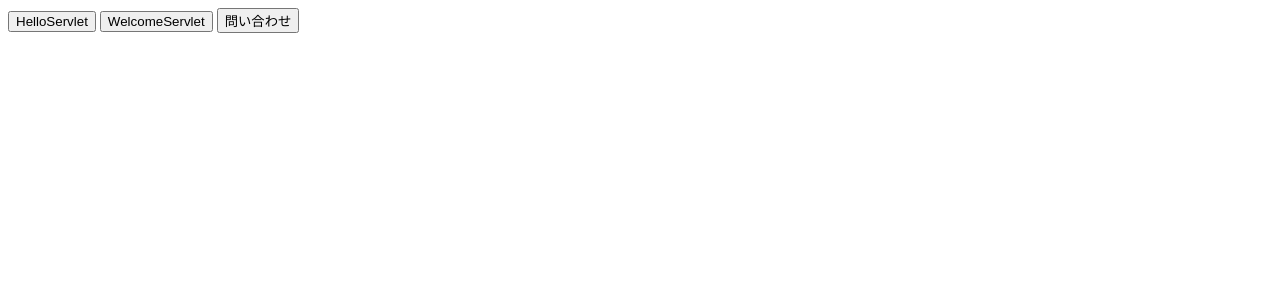
Repository: k-o7777/test
Page: http://localhost/HelloServlet/
The author's editor kept a copy of each file at every save. The page is drawn from the files as they stood at one save, then again after the next save.
The browser window is 1280 px wide. The pictures show the whole page.
The page is served by Tomcat 9.

Above is the page before, as saved 2019-08-26 02:27:29.

After the next save:
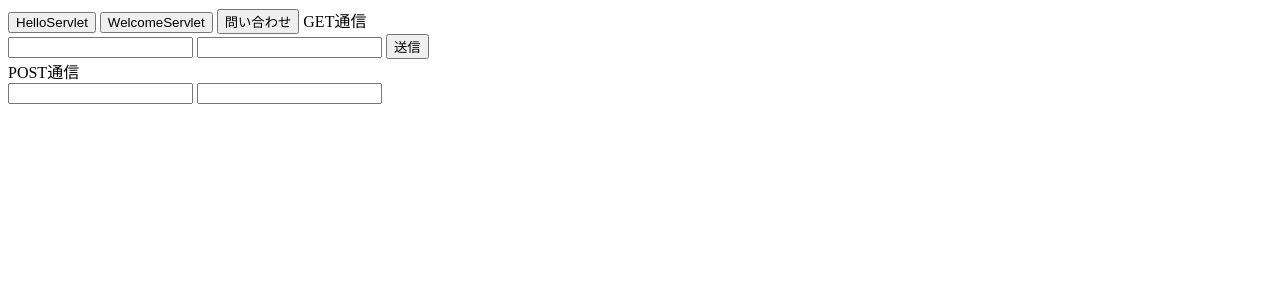
Saved 8 min 51 s later.
--- a/HelloServlet/WebContent/index.jsp
+++ b/HelloServlet/WebContent/index.jsp
@@ -10,5 +10,17 @@
 <input type="button" value="HelloServlet" onClick="location.href='HelloServlet'">
 <input type="button" value="WelcomeServlet" onClick="location.href='welcome.jsp'">
 <input type="button" value="問い合わせ" onClick="location.href='inquiry.jsp'">
+
+GET通信
+<form method="get" action="TestServlet">
+<input type="text" name="username">
+<input type="password" name="password">
+<input type="submit" value="送信">
+</form>
+POST通信
+<form method="post" action="TestServlet">
+<input type="text" name="username">
+<input type="password" name="password">
+</form>
 </body>
 </html>
